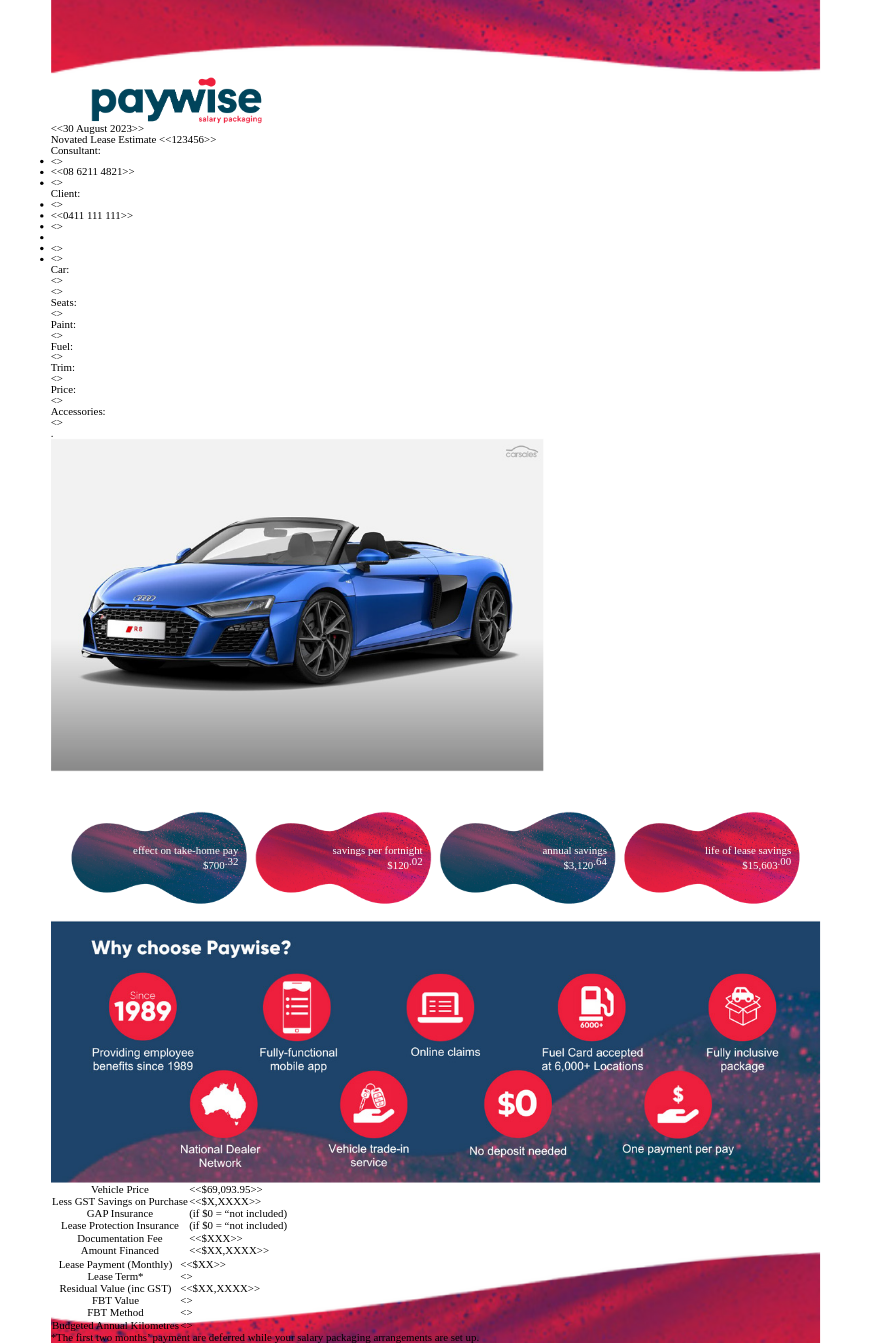
Repository: hoangtubest/novated-phong
Page: 1.html
An editor plug-in stored every save of this project. The page is shown before and after the next save, followed by the edit.
The browser window is 1280 px wide. The pictures show the whole page, at 68% of full size.
The style sheet was rebuilt from its Sass, Less or Tailwind sources for each picture, by a compiler version that may differ from the author's.

Above is the page before, as saved 2023-10-18 13:28:02.

### 1.html
<!DOCTYPE html>
<html lang="en">

<head>
  <meta charset="UTF-8">
  <meta name="viewport" content="width=device-width, initial-scale=1.0">
  <title>1</title>
  <link rel="stylesheet" href="./css/styles.css">
</head>

<body>
  <div class="wrapper">
    <div class="wrapper-inner wrapper-inner--v1">
      <div class="header">
        <div class="header-logo"><img src="./images/logo.png" alt="paywise salary packaging"></div>
      </div>
      <div class="pw-1-estimate">
        <p class="pw-1-estimate__time">
          <<30 August 2023>>
        </p>
        <h2 class="pw-1-estimate__title">Novated Lease Estimate <<123456>></h2>
        <div class="pw-1-estimate__content">
          <dl>
            <dt><strong>Consultant:</strong></dt>
            <dd>
              <ul>
                <li>
                  <<Edward Kennett>>
                </li>
                <li>
                  <<08 6211 4821>>
                </li>
                <li>
                  <<edward.kennett@paywise.com.au>>
                </li>
              </ul>
            </dd>
          </dl>
          <dl>
            <dt><strong>Client:</strong></dt>
            <dd>
              <ul>
                <li>
                  <<Bernie Sanders>>
                </li>
                <li>
                  <<0411 111 111>>
                </li>
                <li>
                  <<ACME Corporation>>
                </li>
                <li></li>
                <li>
                  <<FBT Status>>
                </li>
                <li>
                  <<bernie.sanders@gmail.com>>
                </li>
              </ul>
            </dd>
          </dl>
          <dl>
            <dt><strong>Car:</strong></dt>
            <dd>
              <<Description>><br>
                <<Description>>
            </dd>
          </dl>
          <dl>
            <dt>Seats:</dt>
            <dd>
              <<Seats>>
            </dd>
          </dl>
          <dl>
            <dt>Paint:</dt>
            <dd>
              <<Colour>>
            </dd>
          </dl>
          <dl>
            <dt>Fuel:</dt>
            <dd>
              <<Fuel>>
            </dd>
          </dl>
          <dl>
            <dt>Trim:</dt>
            <dd>
              <<Trim>>
            </dd>
          </dl>
          <dl>
            <dt>Price:</dt>
            <dd>
              <<Price>>
            </dd>
          </dl>
          <dl>
            <dt>Accessories:</dt>
            <dd>
              <<Description>>
            </dd>
          </dl>
        </div> .<div class="pw-1-estimate__car"><img src="./images/car.png" alt=""></div>
      </div>
      <div class="pw-1-feature">
        <div class="pw-1-feature__row">
          <div class="pw-1-feature__col">
            <div class="pw-1-feature__content">
              <h3>effect on take-home pay</h3>
              <p>$700<sup>.32</sup></p>
            </div>
          </div>
          <div class="pw-1-feature__col">
            <div class="pw-1-feature__content">
              <h3>savings per fortnight</h3>
              <p>$120<sup>.02</sup></p>
            </div>
          </div>
          <div class="pw-1-feature__col">
            <div class="pw-1-feature__content">
              <h3>annual savings</h3>
              <p>$3,120<sup>.64</sup></p>
            </div>
          </div>
          <div class="pw-1-feature__col">
            <div class="pw-1-feature__content">
              <h3>life of lease savings</h3>
              <p>$15,603<sup>.00</sup></p>
            </div>
          </div>
        </div>
      </div>
      <div class="pw-1-choose">
        <img src="./images/choose_img.jpg" alt="">
      </div>
      <div class="pw-1-info">
        <h2 class="pw-1-info__title"></h2>
        <div class="pw-1-info__content">
          <div class="pw-1-info__row">
            <div class="pw-1-info__col">
              <table>
                <tbody>
                  <tr>
                    <th>Vehicle Price</th>
                    <td>
                      <<$69,093.95>>
                    </td>
                  </tr>
                  <tr>
                    <th>Less GST Savings on Purchase</th>
                    <td>
                      <<$X,XXXX>>
                    </td>
                  </tr>
                  <tr>
                    <th>GAP Insurance</th>
                    <td>(if $0 = “not included)</td>
                  </tr>
                  <tr>
                    <th>Lease Protection Insurance</th>
                    <td>(if $0 = “not included)</td>
                  </tr>
                  <tr>
                    <th>Documentation Fee</th>
                    <td>
                      <<$XXX>>
                    </td>
                  </tr>
                  <tr>
                    <th>Amount Financed</th>
                    <td>
                      <<$XX,XXXX>>
                    </td>
                  </tr>
                </tbody>
              </table>
            </div>
            <div class="pw-1-info__col">
              <table>
                <tbody>
                  <tr>
                    <th>Lease Payment (Monthly)</th>
                    <td>
                      <<$XX>>
                    </td>
                  </tr>
                  <tr>
                    <th>Lease Term*</th>
                    <td>
                      <<XX months>>
                    </td>
                  </tr>
                  <tr>
                    <th>Residual Value (inc GST)</th>
                    <td>
                      <<$XX,XXXX>>
                    </td>
                  </tr>
                  <tr>
                    <th>FBT Value</th>
                    <td>
                      <<XX,XXX>>
                    </td>
                  </tr>
                  <tr>
                    <th>FBT Method</th>
                    <td>
                      <<Method>>
                    </td>
                  </tr>
                  <tr>
                    <th>Budgeted Annual Kilometres</th>
                    <td>
                      <<XXXXXX>>
                    </td>
                  </tr>
                </tbody>
              </table>
            </div>
          </div>
          <p class="pw-1-info__note">*The first two months’ payment are deferred while your salary packaging arrangements are set up.</p>
        </div>
      </div>
    </div>
  </div>
</body>

</html>

### css/styles.scss
*,
*:before,
*:after {
  box-sizing: border-box;
}

* {
  margin: 0;
  padding: 0;
  font: inherit;
}

img,
picture,
svg,
video {
  display: block;
  max-width: 100%;
}

input,
select,
textarea {
  background-color: transparent;
  outline: none;
}

button {
  cursor: pointer;
  background-color: transparent;
  outline: none;
  border: 0;
}

body {
  min-height: 100vh;
  font-weight: 400;
  font-size: 16px;
  line-height: 1;
}

img {
  vertical-align: bottom;
  max-width: 100%;
  height: auto;
}

.wrapper-inner {
  max-width: 1131px;
  margin: 0 auto;
  position: relative;
  min-height: 100vh;

  &::before,
  &::after {
    position: absolute;
    left: 0;
    width: 100%;
    content: "";
    z-index: -1;
    background-size: cover;
  }

  &::before {
    top: 0;
    height: 192px;
    background-position: bottom center;
  }

  &::after {
    bottom: 0;
    height: 136px;
    background-position: top center;
  }

  &--v1 {
    &::before {
      background-image: url("../images/pattern_01_v1.png");
    }

    &::after {
      background-image: url("../images/pattern_02_v1.png");
    }
  }

  &--v2 {
    &::before {
      background-image: url("../images/pattern_01_v2.png");
    }

    &::after {
      background-image: url("../images/pattern_02_v2.png");
    }

    .header {
      display: flex;
      justify-content: flex-end;
    }
  }
}

.header {
  padding: 114px 60px 0;
}

.header-logo {
  width: 250px;
}

.pw-1-feature {
  padding: 60px 30px 25px;

  &__row {
    display: flex;
    gap: 13px;
  }

  &__col {
    width: 25%;
    height: 135px;
    background: url("../images/red-blob.png") no-repeat center center / 100% 100%;
    display: flex;
    align-items: center;

    &:nth-child(2n+1) {
      background-image: url("../images/inverse-blob.png");
    }
  }

  &__content {
    width: 100%;
    color: #fff;
    text-align: right;
    padding-right: 12px;
    ;
  }
}

After the next save:
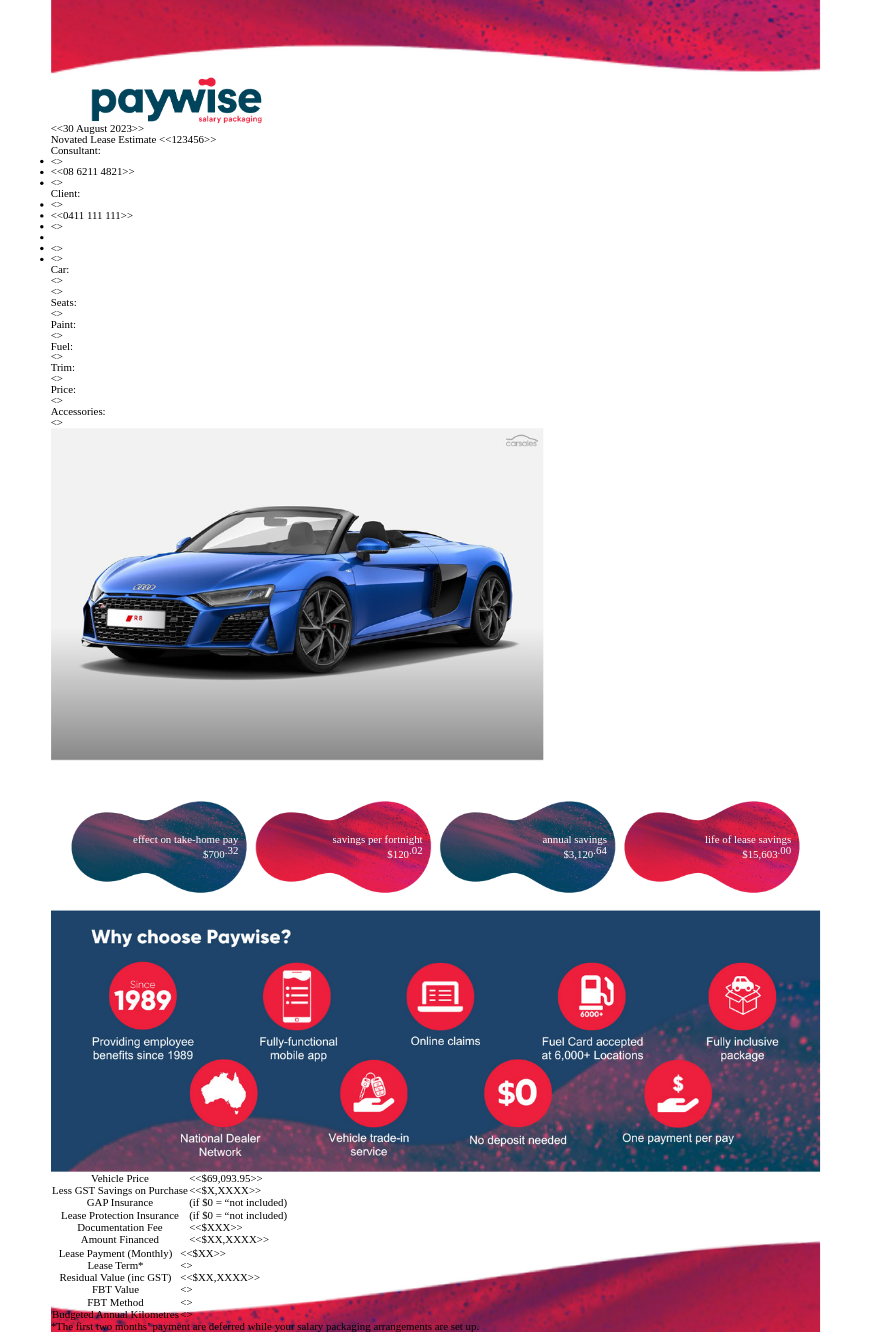
Saved 4 s later.
--- a/1.html
+++ b/1.html
@@ -102,7 +102,8 @@
               <<Description>>
             </dd>
           </dl>
-        </div> .<div class="pw-1-estimate__car"><img src="./images/car.png" alt=""></div>
+        </div>
+        <div class="pw-1-estimate__car"><img src="./images/car.png" alt=""></div>
       </div>
       <div class="pw-1-feature">
         <div class="pw-1-feature__row">
